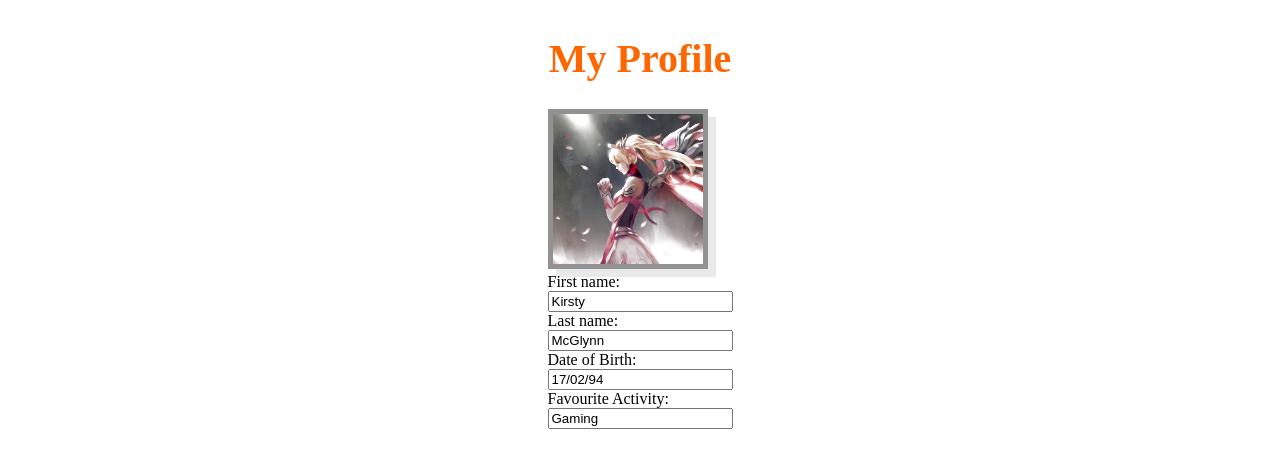
Repository: KLM94/profile
Page: /
The author's editor kept a copy of each file at every save. The page is drawn from the files as they stood at one save, then again after the next save.
The browser window is 1280 px wide. The pictures show the whole page.
The project was rebuilt for these pictures with package versions that can differ from the ones it lists, and the page was loaded fresh each time.

Above is the page before, as saved 2020-10-27 16:58:05.

After the next save:
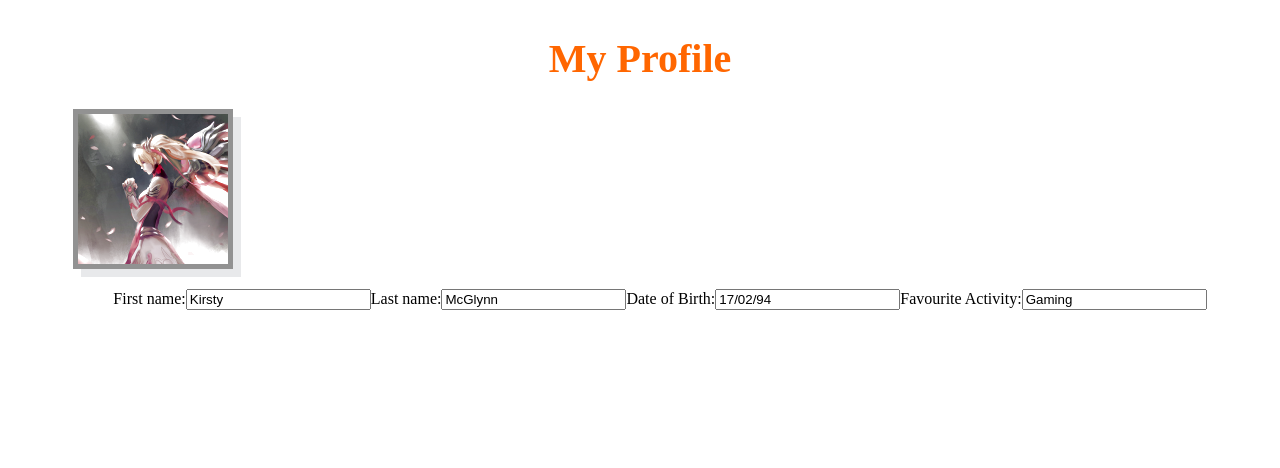
Saved 3 min 13 s later.
--- a/src/Components/Profile.jsx
+++ b/src/Components/Profile.jsx
@@ -8,30 +8,24 @@
       <img className="profilePicture" src={ProfilePicture} alt="Profile" />
 
       <form>
-        <label>
-          First name:
-          <br />
-          <input type="text" name="first name" value="Kirsty" />
-        </label>
-        <br />
-        <label>
-          Last name:
-          <br />
-          <input type="text" name="last name" value="McGlynn" />
-        </label>
-        <br />
-        <label>
-          Date of Birth:
-          <br />
-          <input type="text" name="date of birth" value="17/02/94" />
-        </label>
-        <br />
-        <label>
-          Favourite Activity:
-          <br />
-          <input type="text" name="favourite activity" value="Gaming" />
-        </label>
-        <br />
+        <ul>
+          <label>
+            First name:
+            <input type="text" name="first name" value="Kirsty" />
+          </label>
+          <label>
+            Last name:
+            <input type="text" name="last name" value="McGlynn" />
+          </label>
+          <label>
+            Date of Birth:
+            <input type="text" name="date of birth" value="17/02/94" />
+          </label>
+          <label>
+            Favourite Activity:
+            <input type="text" name="favourite activity" value="Gaming" />
+          </label>
+        </ul>
       </form>
     </main>
   );
